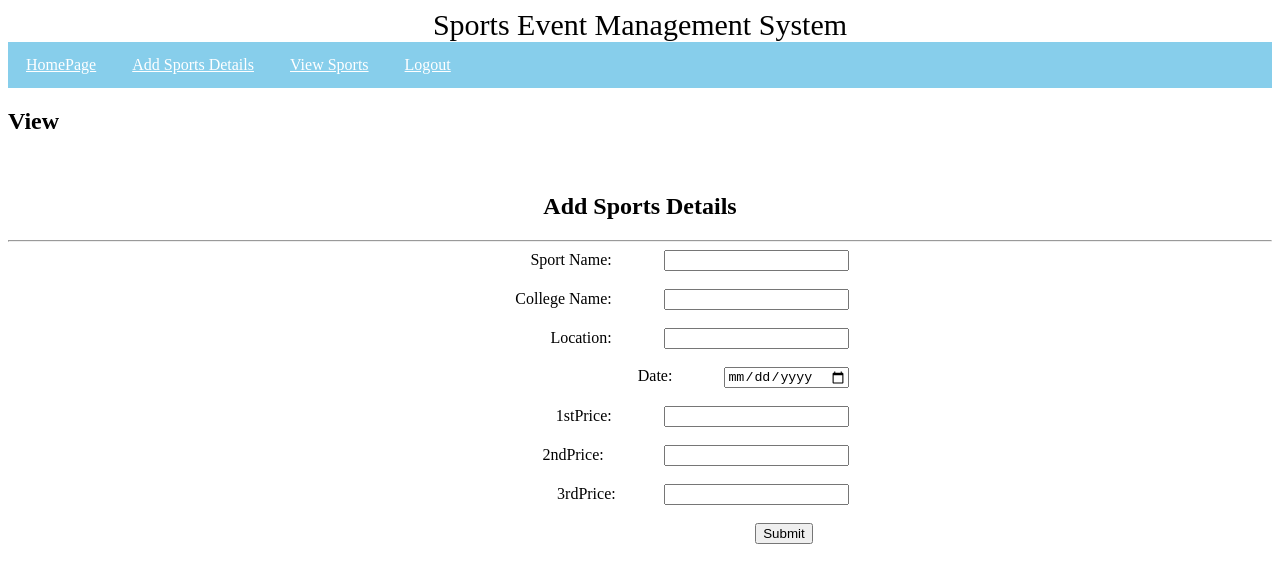
Repository: svrm1014/sportseventmanagement
Page: http://localhost/sportsmanagement/WEB-INF/views/addsportsdetails.jsp
The author's editor kept a copy of each file at every save. The page is drawn from the files as they stood at one save, then again after the next save.
The browser window is 1280 px wide. The pictures show the whole page.
The page is served by Tomcat 9. Nobody is signed in. The template is opened directly, without the code that normally fills it, so the values that code supplies are empty.

Above is the page before, as saved 2021-05-09 23:26:09.

After the next save:
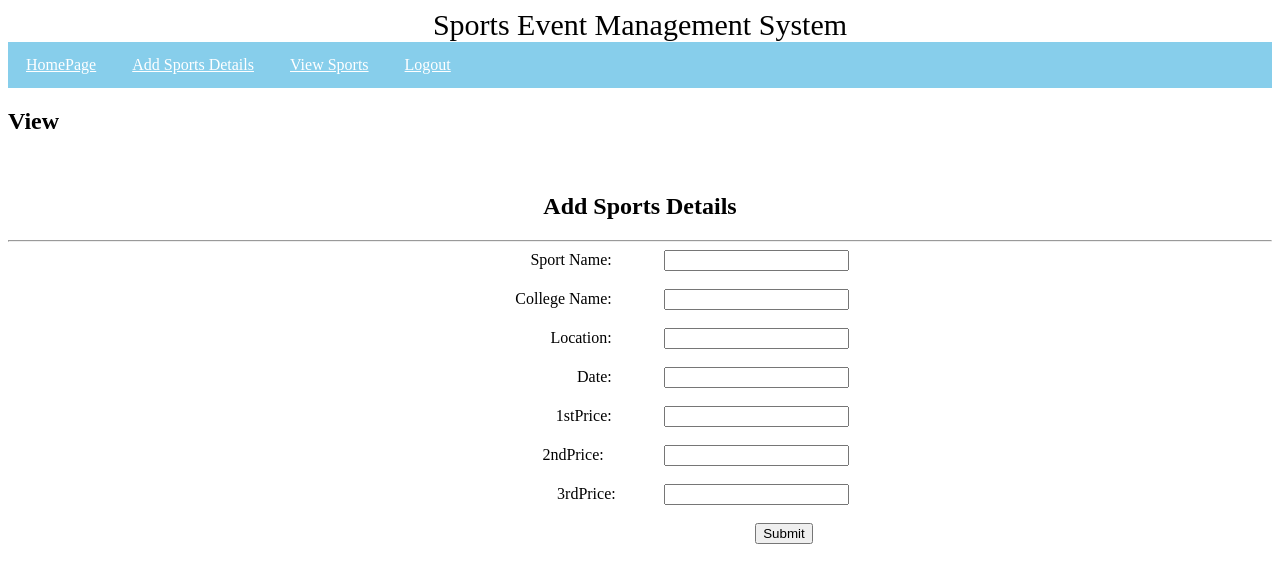
Saved 5 min 13 s later.
--- a/sportsmanagement/src/main/webapp/WEB-INF/views/addsportsdetails.jsp
+++ b/sportsmanagement/src/main/webapp/WEB-INF/views/addsportsdetails.jsp
@@ -73,7 +73,7 @@
 			<br />
  			<br />
             <form:label path="date" placeholder="MM/dd/yyyy" >Date:</form:label>
-            <form:input type ="date" path="date" class="date" name="date" pattern="MM/dd/yyyy" />
+            <form:input type ="text" path="date" class="date" name="date" pattern="MM/dd/yyyy" />
 			<br />
              <br />
            <form:label path="firstprice">1stPrice:</form:label>

After the 5 saves that followed:
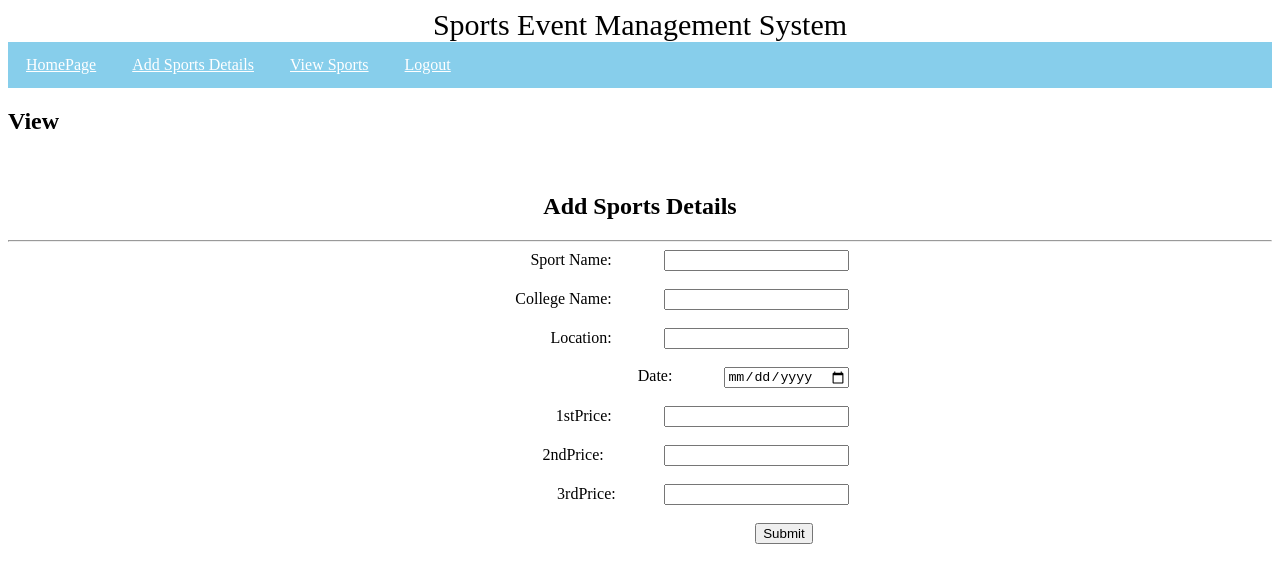
The 5 saves are shown as one change because 4 left the picture as it was.
The last was saved 14 min 13 s later.
--- a/sportsmanagement/src/main/webapp/WEB-INF/views/addsportsdetails.jsp
+++ b/sportsmanagement/src/main/webapp/WEB-INF/views/addsportsdetails.jsp
@@ -72,8 +72,8 @@
             <form:input path="location" />
 			<br />
  			<br />
-            <form:label path="date" placeholder="MM/dd/yyyy" >Date:</form:label>
-            <form:input type ="text" path="date" class="date" name="date" pattern="MM/dd/yyyy" />
+            <form:label path="date" placeholder="MM/DD/YYYY" >Date:</form:label>
+            <form:input type ="date" path="date" class="date" name="date" pattern="MM/DD/YYYY" />
 			<br />
              <br />
            <form:label path="firstprice">1stPrice:</form:label>
